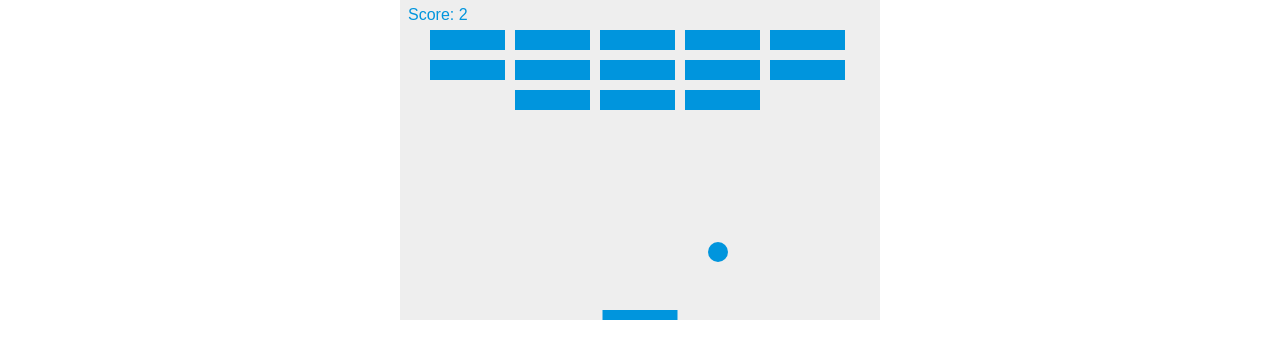
Repository: GoodHoneyCake/2D_breakout_game
Page: index.html
These files come from the project's save history. The page is drawn as it stood at one moment and after a run of saves; the edit follows.
The browser window is 1280 px wide. The pictures show the whole page.

Above is the page before, as saved 2020-12-29 12:05:34.

### index.html
<!DOCTYPE html>
<html lang="en">
<head>
    <meta charset="UTF-8">
    <meta name="viewport" content="width=device-width, initial-scale=1.0">
    <title>Gamedev Canvas Workshop</title>
    <link rel="stylesheet" href="styles.css">
    <script src="main.js" defer></script>
</head>
<body>
    <canvas id="myCanvas" width="480" height="320"></canvas>
</body>
</html>

### styles.css
* {
  padding: 0;
  margin: 0;
}
canvas {
  background: #eee;
  display: block;
  margin: 0 auto;
}

### main.js
const canvas = document.getElementById("myCanvas");
const ctx = canvas.getContext("2d");

let x = canvas.width / 2;
let y = canvas.height - 30;

let dx = 2;
let dy = -2;

let ballRadius = 10;

let paddleHeight = 10;
let paddleWidth = 75;
let paddleX = (canvas.width - paddleWidth) / 2;

let rightPressed = false;
let leftPressed = false;

let brickRowCount = 3;
let brickColumnCount = 5;
let brickWidth = 75;
let brickHeight = 20;
let brickPadding = 10;
let brickOffsetTop = 30;
let brickOffsetLeft = 30;

let score = 0;

// bricks init
let bricks = [];
for (let c = 0; c < brickColumnCount; c++) {
  bricks[c] = [];
  for (let r = 0; r < brickRowCount; r++) {
    bricks[c][r] = { x: 0, y: 0, status: 1 };
  }
}

function drawBricks() {
  for (let c = 0; c < brickColumnCount; c++) {
    for (let r = 0; r < brickRowCount; r++) {
      if (bricks[c][r].status == 1) {
        let brickX = c * (brickWidth + brickPadding) + brickOffsetLeft;
        let brickY = r * (brickHeight + brickPadding) + brickOffsetTop;
        bricks[c][r].x = brickX;
        bricks[c][r].y = brickY;
        ctx.beginPath();
        ctx.rect(brickX, brickY, brickWidth, brickHeight);
        ctx.fillStyle = "#0095DD";
        ctx.fill();
        ctx.closePath();
      }
    }
  }
}

function randomColorStyle() {
  // H(Hue)S(Saturation)L(Lightness)
  // This will create a random color with same saturation and light intensity (luminance).
  // https://stackoverflow.com/questions/23861481/randomize-rgb-in-html5-canvas-with-a-new-value-for-each-fillrect-using-javascrip
  ctx.fillStyle = "hsl(" + 360 * Math.random() + ", 50%, 50%)";
}

document.addEventListener("keydown", keyDownHandler, false);
document.addEventListener("keyup", keyUpHandler, false);

function keyDownHandler(event) {
  if (event.keyCode == 39) {
    rightPressed = true;
  } else if (event.keyCode == 37) {
    leftPressed = true;
  }
}

function keyUpHandler(event) {
  if (event.keyCode == 39) {
    rightPressed = false;
  } else if (event.keyCode == 37) {
    leftPressed = false;
  }
}

function collisionDetection() {
  for (let c = 0; c < brickColumnCount; c++) {
    for (let r = 0; r < brickRowCount; r++) {
      let b = bricks[c][r];
      if (b.status == 1) {
        if (
          x > b.x &&
          x < b.x + brickWidth &&
          y > b.y &&
          y < b.y + brickHeight
        ) {
          dy = -dy;
          b.status = 0;
          score++;
          if (score == brickRowCount * brickColumnCount) {
            alert(`YOU WIN, CONGRATULATIONS!" <br> Score: ${score}`);
            document.location.reload();
          }
        }
      }
    }
  }
}

function drawScore() {
  ctx.font = "16px Arial";
  ctx.fillStyle = "#0095DD";
  ctx.fillText("Score: " + score, 8, 20);
}

function drawBall() {
  ctx.beginPath();
  ctx.arc(x, y, ballRadius, 0, Math.PI * 2);
  ctx.fillstyle = "#0095DD";
  ctx.fill();
  ctx.closePath();
}

function drawPaddle() {
  ctx.beginPath();
  ctx.rect(paddleX, canvas.height - paddleHeight, paddleWidth, paddleHeight);
  ctx.fillstyle = "#0095DD";
  ctx.fill();
  ctx.closePath();
}

function draw() {
  ctx.clearRect(0, 0, canvas.width, canvas.height);
  drawBricks();
  drawBall();
  drawPaddle();
  drawScore();
  collisionDetection();

  x += dx;
  y += dy;

  // bottom edge || top edge
  if (y + dy < ballRadius) {
    dy = -dy;
  } else if (y + dy > canvas.height - ballRadius) {
    if (x > paddleX && x < paddleX + paddleWidth) {
      dy = -dy;
    } else {
      alert("GAME OVER");
      document.location.reload();
    }
  }
  // right edge || left edge
  if (x + dx > canvas.width - ballRadius || x + dx < ballRadius) {
    dx = -dx;
  }

  if (rightPressed && paddleX < canvas.width - paddleWidth) {
    paddleX += 7; // pixel
  } else if (leftPressed && paddleX > 0) {
    paddleX -= 7;
  }
}

setInterval(draw, 10);

After the next 2 saves:
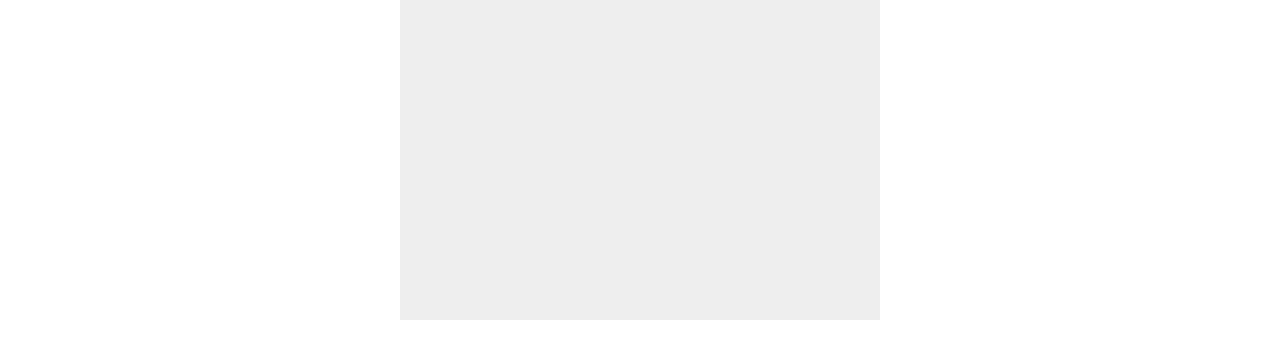
Console error: SyntaxError: Unexpected token '<'
The 2 saves are shown as one change because they came seconds apart.
The last was saved 66 s later.
--- a/main.js
+++ b/main.js
@@ -94,7 +94,7 @@
           b.status = 0;
           score++;
           if (score == brickRowCount * brickColumnCount) {
-            alert(`YOU WIN, CONGRATULATIONS!" <br> Score: ${score}`);
+            alert(`YOU WIN, CONGRATULATIONS!" ${<br>} Score: ${score}`);
             document.location.reload();
           }
         }

After the 4 saves that followed:
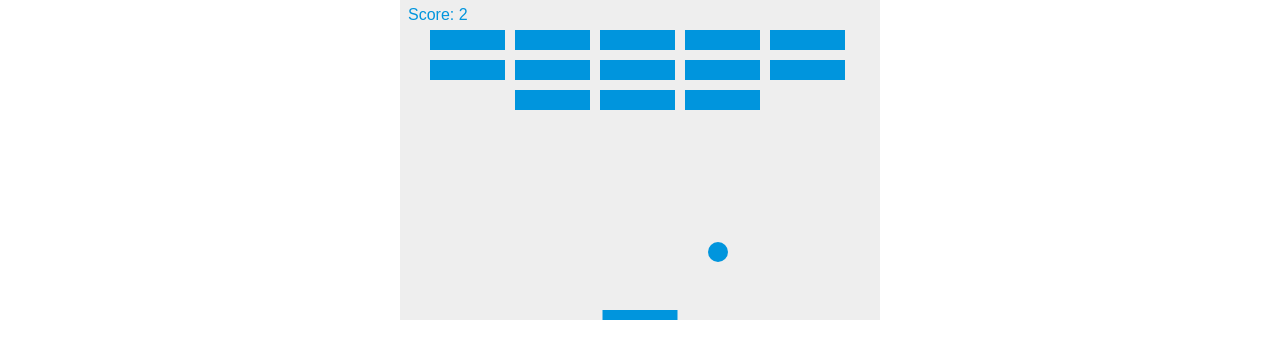
The error is gone.
The 4 saves are shown as one change because 3 left the picture as it was.
The last was saved 62 s later.
--- a/main.js
+++ b/main.js
@@ -94,7 +94,7 @@
           b.status = 0;
           score++;
           if (score == brickRowCount * brickColumnCount) {
-            alert(`YOU WIN, CONGRATULATIONS!" ${<br>} Score: ${score}`);
+            alert(`YOU WIN, CONGRATULATIONS!"  Score: ${score}`);
             document.location.reload();
           }
         }
